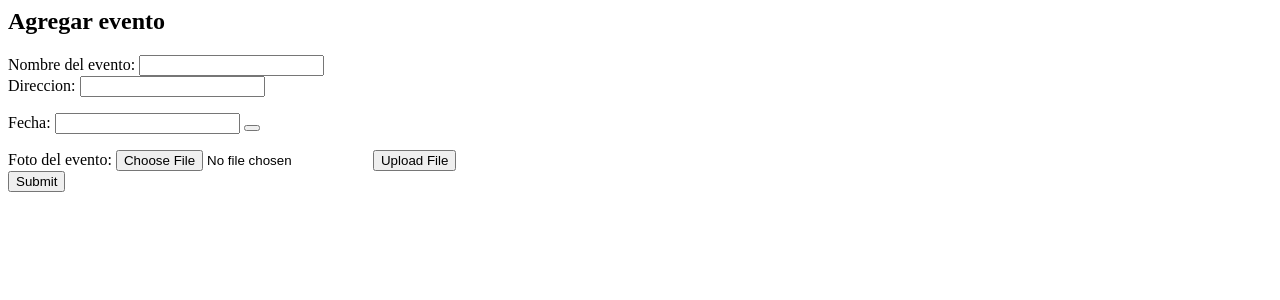
Repository: matucasal/agenda-2018
Page: public/partials/add_event.html
The author's editor kept a record of every edit. The page is drawn from the files as they stood at one moment, then again after the next edit.
The browser window is 1280 px wide. The pictures show the whole page.

Above is the page before.

After the next edit:
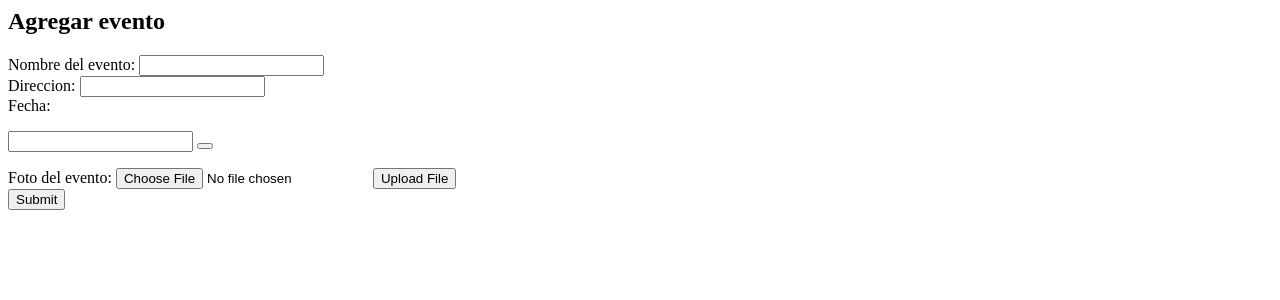
The edit:
--- a/public/partials/add_event.html
+++ b/public/partials/add_event.html
@@ -23,8 +23,8 @@
             <input type="text" class="form-control" id="direccion">
         </div>
         <div ng-controller="datepickerController">
+            <label for="fecha">Fecha:</label>
              <p class="input-group">
-            <label for="id">Fecha:</label>
               <input type="text" class="form-control" id="fecha" datepicker-popup="{{format}}" ng-model="dt" is-open="opened" min="minDate" max="'2015-06-22'" datepicker-options="dateOptions" date-disabled="disabled(date, mode)" ng-required="true" close-text="Close" />
               <span class="input-group-btn">
                 <button class="btn btn-default" ng-click="open($event)"><i class="glyphicon glyphicon-calendar"></i></button>
